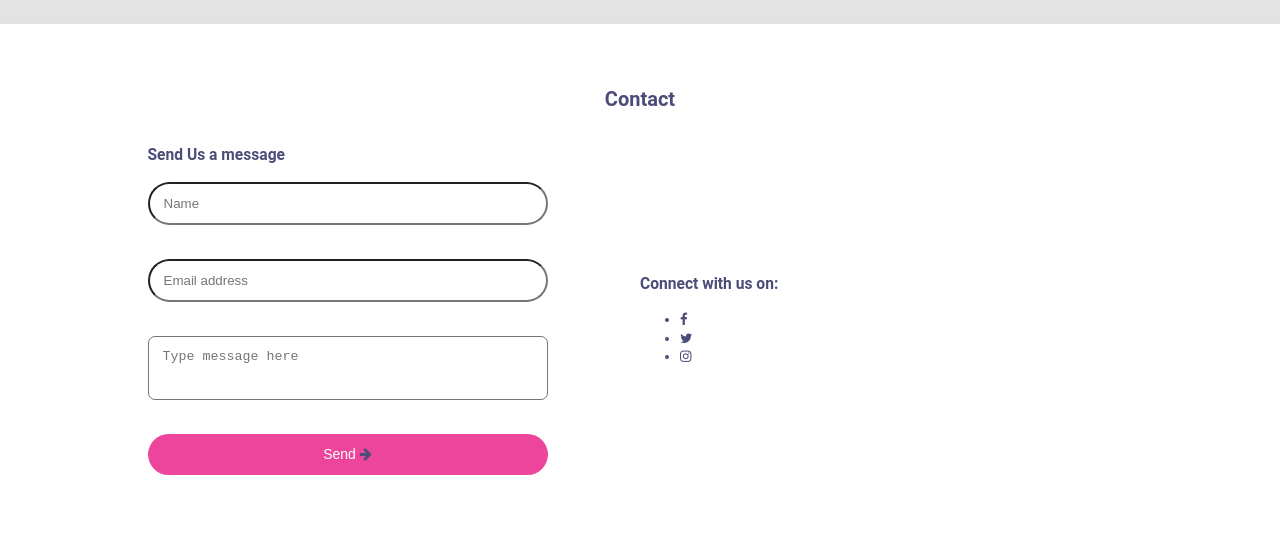
Repository: wisdomspine/emmatech-website
Page: index.html
The author's editor kept a copy of each file at every save. The page is drawn from the files as they stood at one save, then again after the next save.
The browser window is 1280 px wide. The pictures show the part of the page from y = 1532 to 2085 px (the page is 2085 px tall).
A picture or video elsewhere on the page could not be fetched, so the positions and the page height are approximate.

Above is the page before, as saved 2020-11-02 12:27:46.

After the next save:
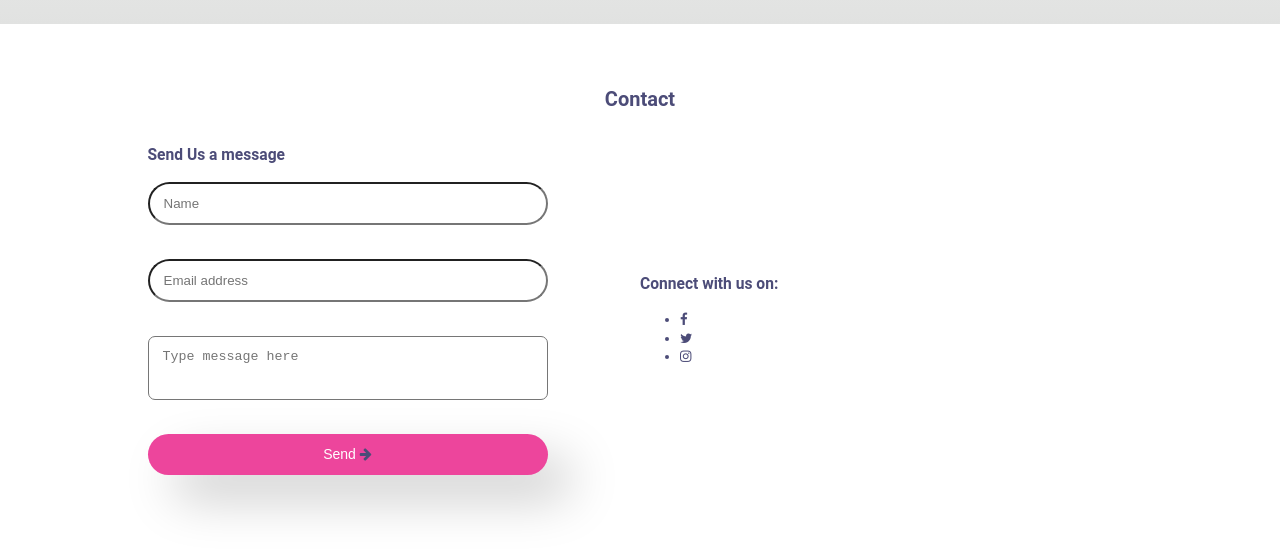
Saved 5 s later.
--- a/assets/styles/index.css
+++ b/assets/styles/index.css
@@ -146,5 +146,5 @@ textarea{
 
 .home-contact button{
     border: none;
-    box-sizing: 24px 24px 50px #cccccc;
+    box-shadow: 24px 24px 50px #cccccc;
 }
